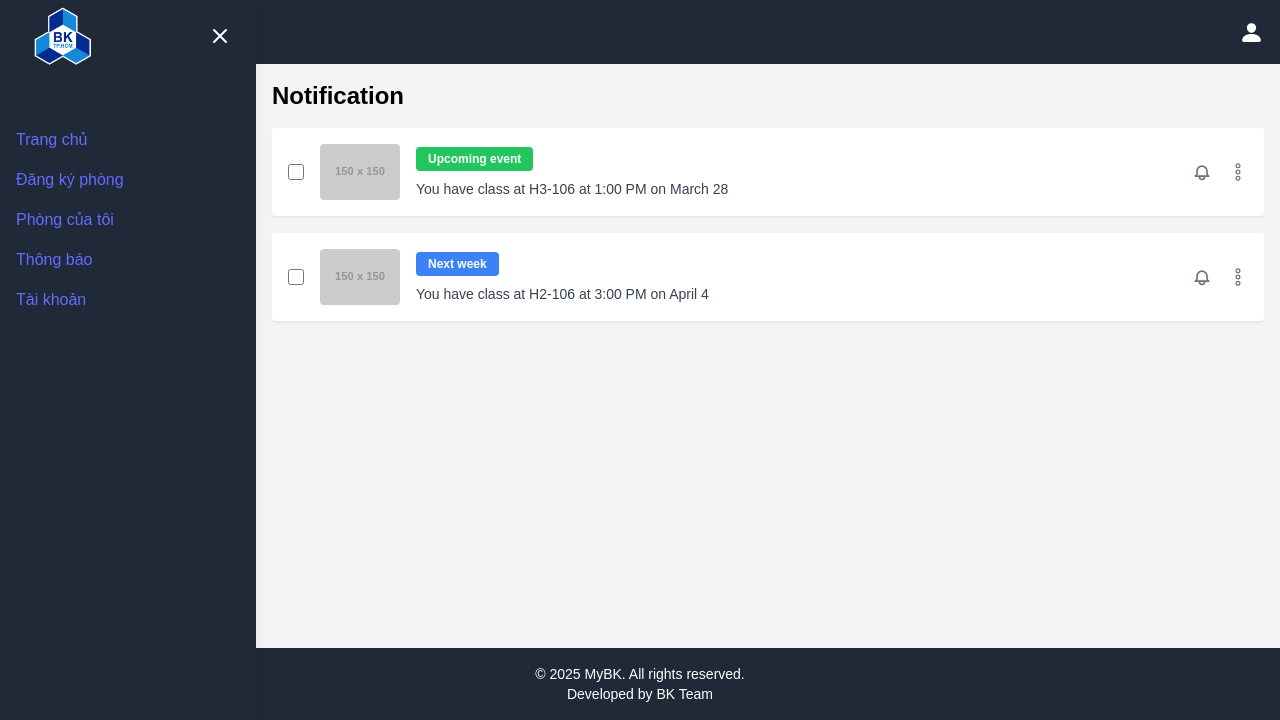
Repository: CNPM-S3MRS/frontend-web
Page: /notification
The author's editor kept a copy of each file at every save. The page is drawn from the files as they stood at one save, then again after the next save.
The browser window is 1280 px wide. The pictures show the whole page.
The project was rebuilt for these pictures with package versions that can differ from the ones it lists, and the page was loaded fresh each time. Also part of the build but not shown: vite.config.js, src/pages/auth/Login.jsx.

Above is the page before, as saved 2025-04-09 02:59:23.

### src/App.jsx
import { BrowserRouter as Router, Routes, Route } from 'react-router-dom';
import Login from '@/pages/auth/Login';
import Notification from './pages/notification/notification';

function App() {
  return (
    <Router>
      <Routes>
        <Route path="/login" element={<Login />} />
        <Route path="/notification" element={<Notification />} /> {/* Add this route */}
        <Route path="/" element={<div>Trang chủ</div>} />
      </Routes>
    </Router>
  );
}

export default App;

### src/index.css
@tailwind base;
@tailwind components;
@tailwind utilities;


:root {
  font-family: system-ui, Avenir, Helvetica, Arial, sans-serif;
  line-height: 1.5;
  font-weight: 400;

  color-scheme: light dark;
  color: rgba(255, 255, 255, 0.87);
  background-color: #242424;

  font-synthesis: none;
  text-rendering: optimizeLegibility;
  -webkit-font-smoothing: antialiased;
  -moz-osx-font-smoothing: grayscale;
}

a {
  font-weight: 500;
  color: #646cff;
  text-decoration: inherit;
}
a:hover {
  color: #535bf2;
}

/* body {
  margin: 0;
  display: flex;
  place-items: center;
  min-width: 320px;
  min-height: 100vh;
} */

h1 {
  font-size: 3.2em;
  line-height: 1.1;
}

.header-button {
  background: none;
  border: none;
  color: inherit;
  cursor: pointer;
  padding: 0;
  display: inline-flex;
  align-items: center;
  justify-content: center;
}


.sidebar-button {
  background: none;
  border: none;
  color: inherit;
  cursor: pointer;
  padding: 0.5rem;
  display: inline-flex;
  align-items: center;
  justify-content: center;
}

button {
  border-radius: 8px;
  border: 1px solid transparent;
  padding: 0.6em 1.2em;
  font-size: 1em;
  font-weight: 500;
  font-family: inherit;
  background-color: #1a1a1a;
  cursor: pointer;
  transition: border-color 0.25s;
}
button:hover {
  border-color: #646cff;
}
button:focus,
button:focus-visible {
  outline: 4px auto -webkit-focus-ring-color;
}
h1 {
  font-size: 1.5rem;
  font-weight: bold;
  margin-bottom: 1rem;
}
body {
  font-family: Arial, sans-serif;
  background-color: #ffffff;
  color: #000000;
}

input[type="checkbox"] {
  width: 1rem;
  height: 1rem;
}

@media (prefers-color-scheme: light) {
  :root {
    color: #213547;
    background-color: #ffffff;
  }
  a:hover {
    color: #747bff;
  }
  button {
    background-color: #f9f9f9;
  }
}

### src/pages/notification/notification.jsx
import React, { useState } from "react";
import Sidebar from "../../components/bars/Sidebar";
import NotificationCard from "../../components/card/NotificationCard";
import Header from "../../components/header/Header";
import Footer from "../../components/footer/Footer";

const Notification = () => {
  const [isSidebarOpen, setIsSidebarOpen] = useState(true); // Sidebar is visible by default

  return (
    <div className="flex flex-col h-screen">
      {/* Header */}
      <Header isSidebarOpen={isSidebarOpen} setIsSidebarOpen={setIsSidebarOpen} />

      <div className="flex flex-grow">
        {/* Sidebar */}
        <Sidebar isSidebarOpen={isSidebarOpen} setIsSidebarOpen={setIsSidebarOpen} />

        {/* Main Content */}
        <div
          className={`flex-grow p-4 bg-gray-100 transition-all duration-300 ${
            isSidebarOpen ? "ml-64" : "ml-0"
          }`}
        >
          <h1 className="text-2xl font-bold mb-4">Notification</h1>

          {/* Example Notification Cards */}
          <NotificationCard
            image="https://via.placeholder.com/150"
            status="Upcoming event"
            statusColor="green"
            message="You have class at H3-106 at 1:00 PM on March 28"
          />
          <NotificationCard
            image="https://via.placeholder.com/150"
            status="Next week"
            statusColor="blue"
            message="You have class at H2-106 at 3:00 PM on April 4"
          />
        </div>
      </div>
      {/* Footer */}
      <Footer />
    </div>
  );
};

export default Notification;

### src/components/bars/Sidebar.jsx
import React from "react";
import { NavLink } from "react-router-dom";
import LogoBK from "../../assets/LogoBK.jpg"; // Adjust the path as necessary
const Sidebar = ({ isSidebarOpen, setIsSidebarOpen }) => {
  return (
    <div
      className={`fixed inset-y-0 left-0 w-64 bg-gray-800 text-white shadow-lg z-50 transform ${
        isSidebarOpen ? "translate-x-0" : "-translate-x-full"
      } transition-transform duration-300`}
    >
      <div className="flex items-center content-center">
        <img src={LogoBK} alt="Logo" className="w-17 h-20 object-contain" />
      </div>
      {/* Close Button */}
      <button
        onClick={() => setIsSidebarOpen(false)}
        className="sidebar-button absolute top-4 right-4 text-white focus:outline-none"
        aria-label="Close Sidebar"
      >
        <svg
          xmlns="http://www.w3.org/2000/svg"
          width="24"
          height="24"
          fill="none"
          viewBox="0 0 24 24"
          stroke="currentColor"
        >
          <path
            strokeLinecap="round"
            strokeLinejoin="round"
            strokeWidth={2}
            d="M6 18L18 6M6 6l12 12"
          />
        </svg>
      </button>

      {/* Sidebar Links */}
      <ul className="mt-8 space-y-4 p-4">
        <li>
          <NavLink to="/" className="hover:text-gray-400">
            Trang chủ
          </NavLink>
        </li>
        <li>
          <NavLink to="/register-room" className="hover:text-gray-400">
            Đăng ký phòng
          </NavLink>
        </li>
        <li>
          <NavLink to="/my-rooms" className="hover:text-gray-400">
            Phòng của tôi
          </NavLink>
        </li>
        <li>
          <NavLink to="/notification" className="hover:text-gray-400">
            Thông báo
          </NavLink>
        </li>
        <li>
          <NavLink to="/account" className="hover:text-gray-400">
            Tài khoản
          </NavLink>
        </li>
      </ul>
    </div>
  );
};

export default Sidebar;

### src/components/card/NotificationCard.jsx
import React from "react";

const NotificationCard = ({ image, status, statusColor, message }) => {
  const statusColorClass = {
    green: "bg-green-500",
    blue: "bg-blue-500",
    red: "bg-red-500",
  };
  return (
    <div className="flex items-center justify-between w-full p-4 border-b bg-white shadow-sm rounded mb-4">
      {/* Left Section */}
      <div className="flex items-center space-x-4">
        {/* Checkbox */}
        <input type="checkbox" className="w-4 h-4" />

        {/* Image */}
        <img
          src={image}
          alt="Notification"
          className="w-20 h-14 object-cover rounded"
        />

        {/* Content */}
        <div>
          {/* Status Badge */}
          <span
            className={`inline-block px-3 py-1 text-xs font-semibold text-white rounded ${
              statusColorClass[statusColor] || "bg-gray-500"
            }`}
          >
            {status}
          </span>
          {/* Message */}
          <p className="text-sm text-gray-700 mt-2">{message}</p>
        </div>
      </div>

      {/* Right Section (Icons) */}
      <div className="flex items-center space-x-4">
        {/* Bell Icon */}
        <svg
          xmlns="http://www.w3.org/2000/svg"
          className="h-5 w-5 text-gray-500"
          fill="none"
          viewBox="0 0 24 24"
          stroke="currentColor"
        >
          <path
            strokeLinecap="round"
            strokeLinejoin="round"
            strokeWidth={2}
            d="M15 17h5l-1.405-1.405A2.032 2.032 0 0118 14.158V11a6 6 0 10-12 0v3.159c0 .538-.214 1.055-.595 1.436L4 17h5m6 0v1a3 3 0 11-6 0v-1m6 0H9"
          />
        </svg>

        {/* Three-Dot Icon */}
        <svg
          xmlns="http://www.w3.org/2000/svg"
          className="h-5 w-5 text-gray-500"
          fill="none"
          viewBox="0 0 16 16"
          stroke="currentColor"
        >
          <path
            strokeLinecap="round"
            strokeLinejoin="round"
            d="M9.5 13a1.5 1.5 0 1 1-3 0 1.5 1.5 0 0 1 3 0m0-5a1.5 1.5 0 1 1-3 0 1.5 1.5 0 0 1 3 0m0-5a1.5 1.5 0 1 1-3 0 1.5 1.5 0 0 1 3 0"
          />
        </svg>
      </div>
    </div>
  );
};

export default NotificationCard;

### src/components/header/Header.jsx
import React, { useState } from "react";
import { NavLink } from "react-router-dom";
import LogoBK from "../../assets/LogoBK.jpg"; // Adjust the path as necessary

const Header = ({ isSidebarOpen, setIsSidebarOpen }) => {
    return (
      <header className="flex items-center justify-between px-4 bg-gray-800 text-white">
        {/* Left Section: Hamburger Menu and Logo */}
        <div className="flex items-center space-x-2">
          {/* Hamburger Menu */}
          <button
            onClick={() => setIsSidebarOpen(!isSidebarOpen)}
            className="header-button focus:outline-none"
            aria-label="Toggle Sidebar"
          >
            <svg
              xmlns="http://www.w3.org/2000/svg"
              width="24"
              height="24"
              fill="currentColor"
              className="bi bi-list"
              viewBox="0 0 16 16"
            >
              <path
                fillRule="evenodd"
                d="M2.5 12a.5.5 0 0 1 .5-.5h10a.5.5 0 0 1 0 1H3a.5.5 0 0 1-.5-.5m0-4a.5.5 0 0 1 .5-.5h10a.5.5 0 0 1 0 1H3a.5.5 0 0 1-.5-.5m0-4a.5.5 0 0 1 .5-.5h10a.5.5 0 0 1 0 1H3a.5.5 0 0 1-.5-.5"
              />
            </svg>
          </button>

          {/* Logo */}
          <img src={LogoBK} alt="Logo" className="w-17 h-16 object-contain" />


        </div>
        {/* Account */}
        <button
            className="header-button focus:outline-none"
            aria-label="Login"
            onClick={() =>
                (window.location.href =
                  "https://sso.hcmut.edu.vn/cas/login?service=https://mybk.hcmut.edu.vn/my/homeSSO.action")
            }
        >
            <svg
            xmlns="http://www.w3.org/2000/svg"
            width="25"
            height="25"
            fill="currentColor"
            className="bi bi-person-circle"
            viewBox="0 0 16 16"
            >
            <path d="M3 14s-1 0-1-1 1-4 6-4 6 3 6 4-1 1-1 1zm5-6a3 3 0 1 0 0-6 3 3 0 0 0 0 6" />

            <path d="M8 8a2 2 0 1 0 0-4 2 2 0 0 0 0 4z" />
            <path
                fillRule="evenodd"
                d="M8 9a3 3 0 0 0-2.83 2h5.66A3 3 0 0 0 8 9z"
            />
            </svg>
        </button>
      </header>
    );
  };

  export default Header;

### src/components/footer/Footer.jsx
import React from "react";

const Footer = () => {
    return(
        <footer className="bg-gray-800 text-white py-4">
            <div className="container mx-auto text-center">
                <p className="text-sm">&copy; {new Date().getFullYear()} MyBK. All rights reserved.</p>
                <p className="text-sm">Developed by BK Team</p>
            </div>
        </footer>
    );
};

export default Footer;

### tailwind.config.js
/** @type {import('tailwindcss').Config} */
module.exports = {
  content: ["./src/**/*.{js,jsx,ts,tsx}"], // Include all source files
  theme: {
    extend: {},
  },
  plugins: [],
};

Loaded but not shown: index.html (common file); src/main.jsx (common file)

After the next save:
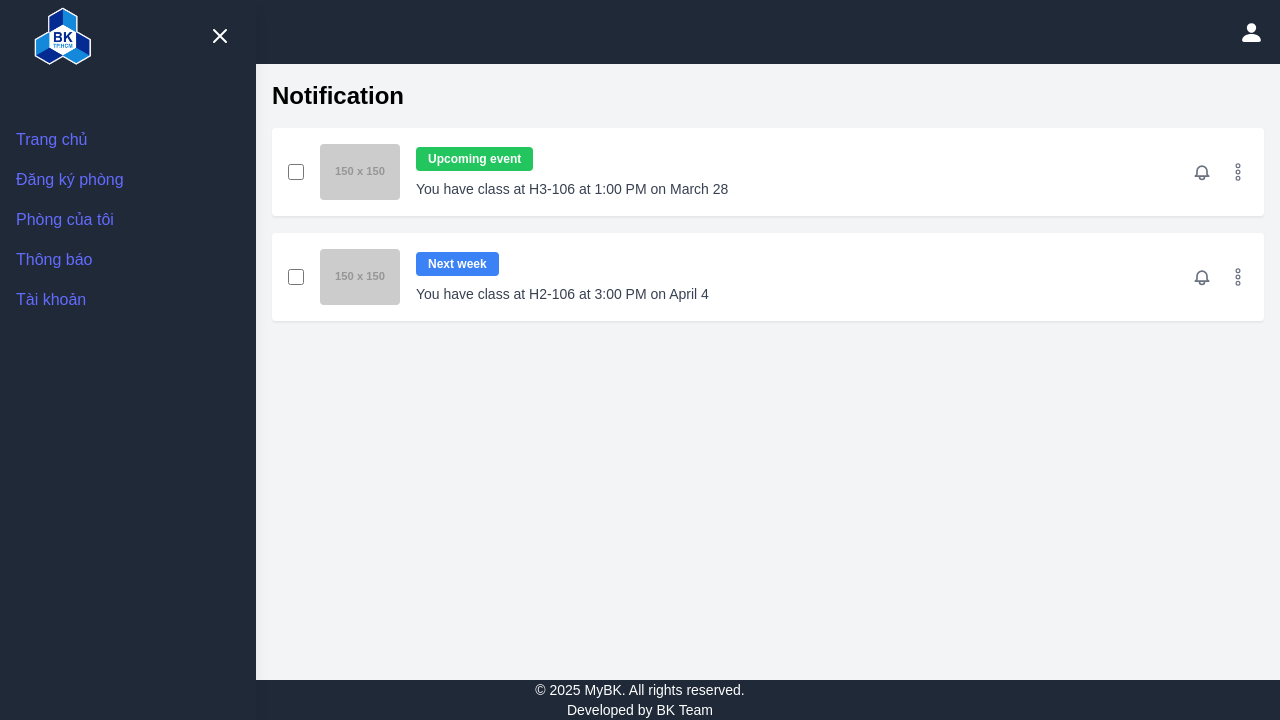
Saved 20 s later.
--- a/src/components/footer/Footer.jsx
+++ b/src/components/footer/Footer.jsx
@@ -2,7 +2,7 @@
 
 const Footer = () => {
     return(
-        <footer className="bg-gray-800 text-white py-4">
+        <footer className="bg-gray-800 text-white ">
             <div className="container mx-auto text-center">
                 <p className="text-sm">&copy; {new Date().getFullYear()} MyBK. All rights reserved.</p>
                 <p className="text-sm">Developed by BK Team</p>
